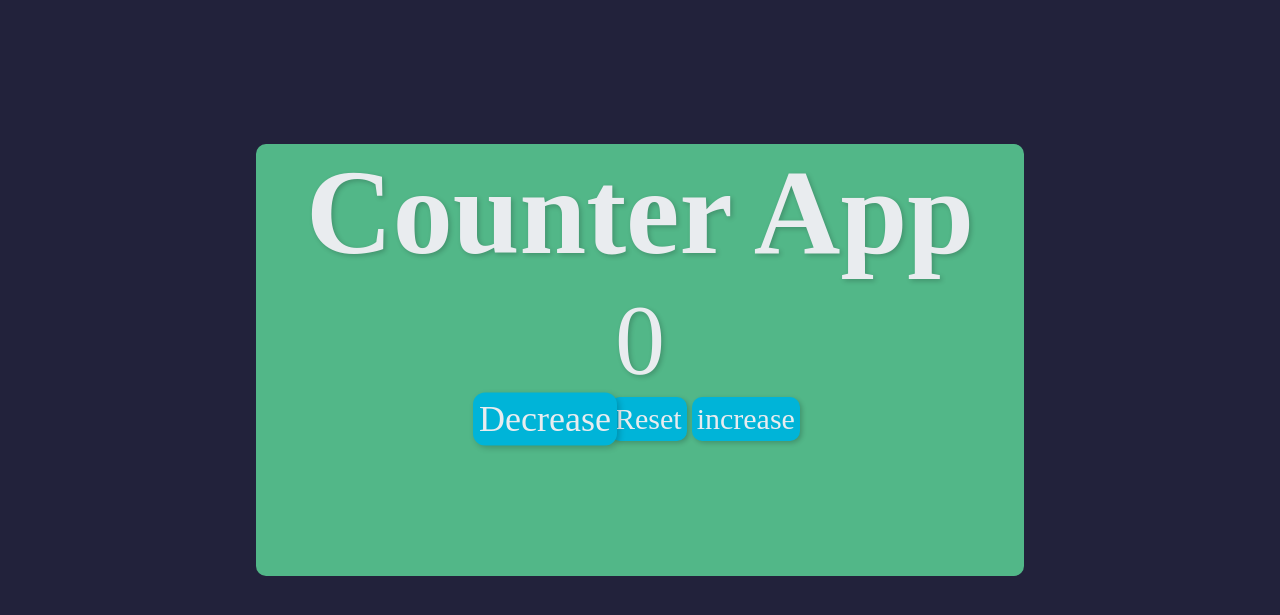
Repository: Yuukicoder/basicProject
Page: project2.html
The author's editor kept a copy of each file at every save. The page is drawn from the files as they stood at one save, then again after the next save.
The browser window is 1280 px wide. The pictures show the whole page.
The pointer rests on the first visible `button`.
Some web fonts or font styles are not loaded; a fallback is used.

Above is the page before, as saved 2023-02-24 22:21:47.

After the next save:
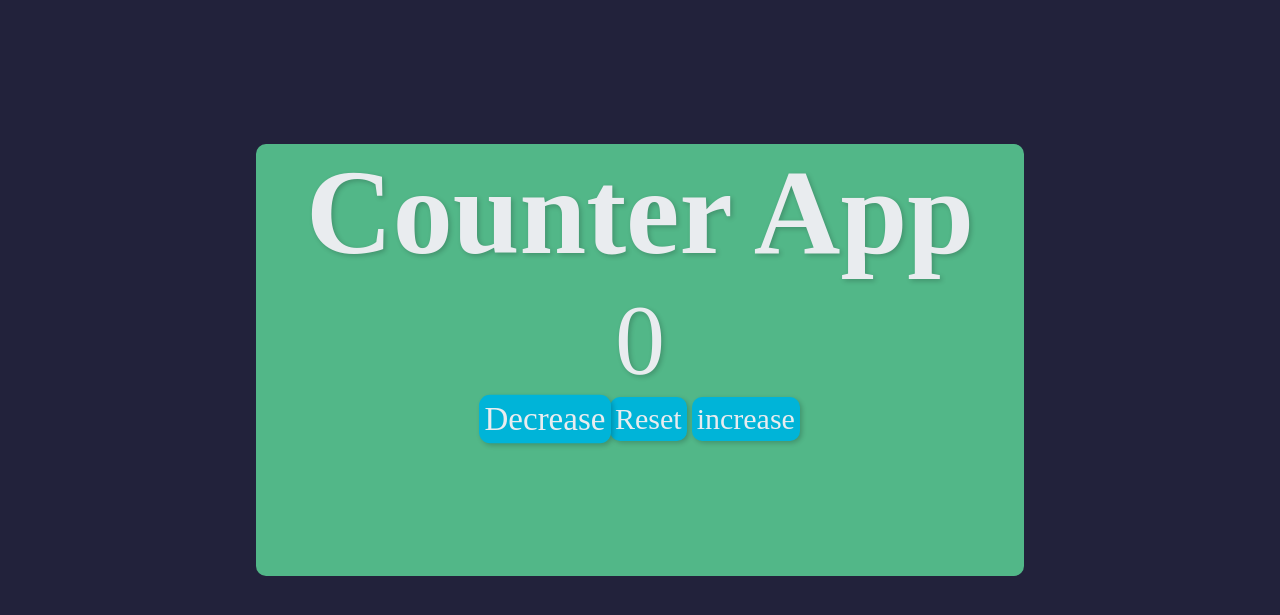
Saved 6 s later.
--- a/assets/css/project2.css
+++ b/assets/css/project2.css
@@ -55,5 +55,5 @@ button {
   box-shadow: 2px 2px 5px rgba(0, 0, 0, 0.2);
 }
 button:hover {
-  transform: scale(1.2);
+  transform: scale(1.1);
 }
